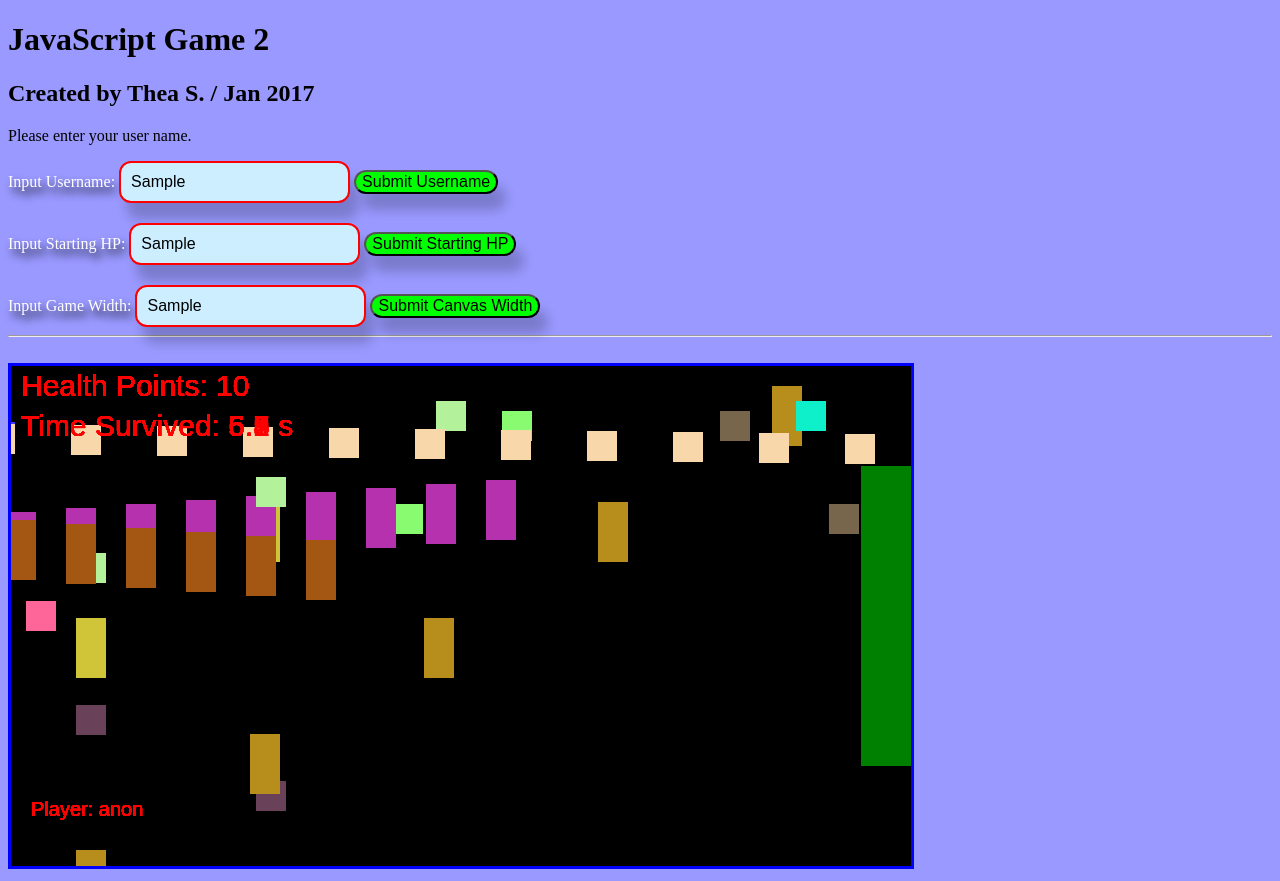
Repository: m-rabbit/b1_sukianto_code
Page: websites/JS_Game_02/index.html
The author's editor kept a copy of each file at every save. The page is drawn from the files as they stood at one save, then again after the next save.
The browser window is 1280 px wide. The pictures show the whole page.
Empty fields were first filled with sample values (such as "Sample", 5 or name@example.com).
After loading, the first visible `button[onclick="updateCanvasWidth()"]` was clicked once.

Above is the page before, as saved 2017-03-02 15:57:41.

### websites/JS_Game_02/index.html
<!DOCTYPE html>
<html>
	<head>
		<title>JavaScript Game 2</title>
		<style>
			body {
				background-color: #9999ff;
			}
			canvas {
				border: 3px solid blue;
				background-color: #000000;
			}
			.button01 {
				background-color: #00FF00;
				color: black;
				font-size: 16px;
				border-radius: 12px;
				box-shadow: 8px 16px 12px rgba(0,0,0,0.2);
			}
			.inputBox {
				background-color: #cceeff;
				font-size: 16px;
				padding: 10px;
				border-radius: 12px;
				border: 2px solid #FF0000;
				box-shadow: 8px 16px 12px rgba(0,0,0,0.2);
			}
			.InputLabels {
				display: inline;
				font-size: 16px;
				color: #FFFFFF;
				text-shadow: 4px 6px 8px rgb(0,0,0);
			}
		</style>
	</head>
	<body>
		<h1>JavaScript Game 2</h1>
		<h2>Created by Thea S. / Jan 2017</h2>

		<p>Please enter your user name.</p>

		<p class="InputLabels">Input Username:</p>
		<input id="userName" class="inputBox" type="text">
		<button type="button" class="button01" onclick="addUserName()">Submit Username</button>
		<h2 id="showUserName"></h2>

		<p class="InputLabels">Input Starting HP:</p>
		<input id="startingHP" class="inputBox" type="text">
		<button type="button" class="button01" onclick="getStartingHP()">Submit Starting HP</button>
		<h2 id="showUserName"></h2>

		<p class="InputLabels">Input Game Width:</p>
		<input id="inputCanvasWidth" class="inputBox" type="text">
		<button type="button" class="button01" onclick="updateCanvasWidth()">Submit Canvas Width</button>

		<br>
		<hr>
		<br>

		<canvas id="ctx" width="900" height="500"></canvas>
		<script src="js/gametwo.js">
		</script>
	</body>
</html>

### websites/JS_Game_02/js/gametwo.js
var ctx = document.getElementById("ctx").getContext("2d");

var ctxWidth = 900;
var ctxHeight = 500;
var rtSpacing = 30;
var bottomSpacing = 10;
var topSpacing = 30;
var nameOfUser = "anon";

var appleRed = "#FF0000";
var skyBlue = "#0000FF";
var grassGreen = "#00FF00";
var canaryYellow = "#FFFF00";
var myBlack = "#000000";
var myPink = "rgba(255, 102, 153, 0.5)";

var enemyList = {};

var timeWhenGameStarted = Date.now();

// player as an object
var player = {
	x : 30,
	spdX : 3,
	y : 250,
	spdY : 7,
	name : "P",
	font : '30px Arial',
	wallFont : '60px Arial',
	topBottomFont : '10px Arial',
	color : myPink,
	colorWall : appleRed,
	colorTopBottom : skyBlue,
	highPoints : 10,
	w: 30,
	h: 30
};
// end of player

// this is a "Constructor"
Enemy = function(id, passX, passY, passName, passFont, passWallFont, passTopBottomFont, passColor, passWidth, passHeight) {

	var enemy = {
		id : id,
		x : passX,
		spdX : getRandomIntInclusive(1, 200),
		y : passY,
		spdY : getRandomIntInclusive(1, 200),
		name : passName,
		font : passFont,
		wallFont : passWallFont,
		topBottomFont : passTopBottomFont,
		color : passColor,
		w: passWidth,
		h: passHeight
	};

	enemyList[id] = enemy;

};

function getRandomIntInclusive(min, max) {
	min = Math.ceil(min);
	max = Math.floor(max);
	return Math.floor(Math.random() * (max - min + 1)) + min;
}

// end of Enemy() constructor

function addUserName() {
	//var message;

	nameOfUser = document.getElementById("userName").value;
	//message = "User name has been entered as " + nameOfUser;
	//document.getElementById("showUserName").innerHTML = message;

	ctx.font = "20px Arial";
	ctx.fillStyle = "#FF0000";
	ctx.fillText("Player: " + nameOfUser, 20, 250);
}

function getStartingHP() {
	player.highPoints = document.getElementById("startingHP").value;
	//message = "User name has been entered as " + nameOfUser;
	//document.getElementById("showUserName").innerHTML = message;
}

function updateCanvasWidth() {
	var message;

	ctxWidth = document.getElementById("inputCanvasWidth").value;

	if(isNaN(ctxWidth) || ctxWidth < 500 || ctxWidth > 900) {
		message = "Input not valid, you entered " + ctxWidth;
		alert(message);
	}
	else {
		message = "Valid input! Setting canvas width to " + ctxWidth;
		alert(message);

		document.getElementById("ctx").width = ctxWidth;
	}
}

getDistanceBetweenEntity = function(entity1, entity2) {
	var dx = entity1.x - entity2.x;
	var dy = entity1.y - entity2.y;
	return Math.sqrt(dx * dx + dy * dy);

};

testCollisionRectRect = function(rect1, rect2) {
	return rect1.x <= rect2.x + rect2.width
	&& rect2.x <= rect1.x + rect1.width
	&& rect1.y <= rect2.y + rect2.height
	&& rect2.y <= rect1.y + rect1.height;
};

testCollisionEntity = function(entity1, entity2) {
	var rect1 = {
		x: entity1.x,
		y: entity1.y,
		width: entity1.w,
		height: entity1.h
	};

	var rect2 = {
		x: entity2.x,
		y: entity2.y,
		width: entity2.w,
		height: entity2.h
	};
	return testCollisionRectRect(rect1, rect2);
};

document.onmousemove = function(mouse) {
	var mouseX = mouse.clientX;
	var mouseY = mouse.clientY;
	console.log("mouse x,y: " + mouseX + "," + mouseY);
	player.x = mouseX - 12;
	player.y = mouseY - 400;
};
updateEntity = function(something) {
	updateEntityPosition(something);
	drawEnemy(something);
};

updateEntityPosition = function(something) {
	var red = getRandomIntInclusive(0, 255);
	var green = getRandomIntInclusive(0, 255);
	var blue = getRandomIntInclusive(0, 255);

	something.x += something.spdX;
	something.y += something.spdY;

	//flips spdX if we hit either the left or the right sides
	if (something.x >= ctxWidth - something.w  || something.x <= 0 - something.w) {// right side OR left side
		something.spdX *= -1;
		something.color = "rgb(" + red + "," + green + "," + blue + ")";
		something.font = something.wallFont;
	}

	// flip spdY if we hit either the ceiling OR the floor
	if (something.y >= ctxHeight - bottomSpacing || something.y <= topSpacing) {// || is a Boolean for "OR"
		something.spdY *= -1;
		something.color = "rgb(" + red + "," + green + "," + blue + ")";
		something.font = something.topBottomFont;
	}
};

drawPlayer = function(something) {
	ctx.save();
	ctx.font = something.font;
	ctx.fillStyle = something.color;
	//ctx.fillText(something.name, something.x, something.y);
	ctx.fillRect(something.x-something.w/2,something.y-something.h/2,something.w,something.h);
	ctx.restore();
};

drawEnemy = function(something) {
	ctx.save();
	ctx.font = something.font;
	ctx.fillStyle = something.color;
	//ctx.fillText(something.name, something.x, something.y);
	//ctx.fillRect(something.x,something.y,something.w,something.h);
	ctx.fillRect(something.x-something.w/2,something.y-something.h/2,something.w,something.h);
	ctx.restore();
};

drawUserName = function(something) {
	ctx.font = "20px Arial";
	ctx.fillStyle = "#FF0000";
	ctx.fillText("Player: " + nameOfUser, 20, ctxHeight-50);

};

update = function() {
	ctx.clearRect(0, 0, ctxWidth, ctxHeight);
	//updateEntity(player);

	drawPlayer(player);
	drawUserName();

	var timeSurvived = Date.now() - timeWhenGameStarted;
	if (timeSurvived >= 3000) {
		ctx.fillStyle = "rgba(0, 255, 0, 0.5)";
		ctx.fillRect(ctxWidth-50, 100, 50, 300);
		if(player.x >= ctxWidth-30 && player.y >= 100) {
			alert("You Win!");
			player.highPoints = 10;
			timeWhenGameStarted = Date.now();
		}
		for (var i in enemyList) {
			updateEntity(enemyList[i]);

			var isColliding = testCollisionEntity(player, enemyList[i]);
			if (isColliding) {
				player.highPoints--;
				//console.log("Collision!");
				if (player.highPoints < 0) {
					alert("Game Over! time = " + timeSurvived / 1000 + " s");
					player.highPoints = 10;
					timeWhenGameStarted = Date.now();
				}
			}
		};
	}

	ctx.font = "30px Arial";
	ctx.fillStyle = "#FF0000";
	ctx.fillText("Health Points: " + player.highPoints, 10, 30);
	var currentTime = Date.now() - timeWhenGameStarted;
	ctx.font = "30px Arial";
	ctx.fillStyle = "#FF0000";
	ctx.fillText("Time Survived: " + currentTime / 1000 + " s", 10, 70);

};
// end of update()

Enemy('E1', 70, 60, 'E01', '30px Arial', '60px Arial', '10px Arial', grassGreen,30,30);

Enemy('E2', 80, 50, 'E02', '60px Arial', '30px Arial', '15px Arial', grassGreen,30,60);

Enemy('E3', 75, 50, 'E03', '20px Arial', '80px Arial', '20px Arial', grassGreen,30,30);

Enemy('E4', 70, 60, 'E04', '30px Arial', '60px Arial', '10px Arial', grassGreen,30,60);

Enemy('E5', 80, 50, 'E05', '60px Arial', '30px Arial', '15px Arial', grassGreen,30,30);

setInterval(update, 100);

After the next save:
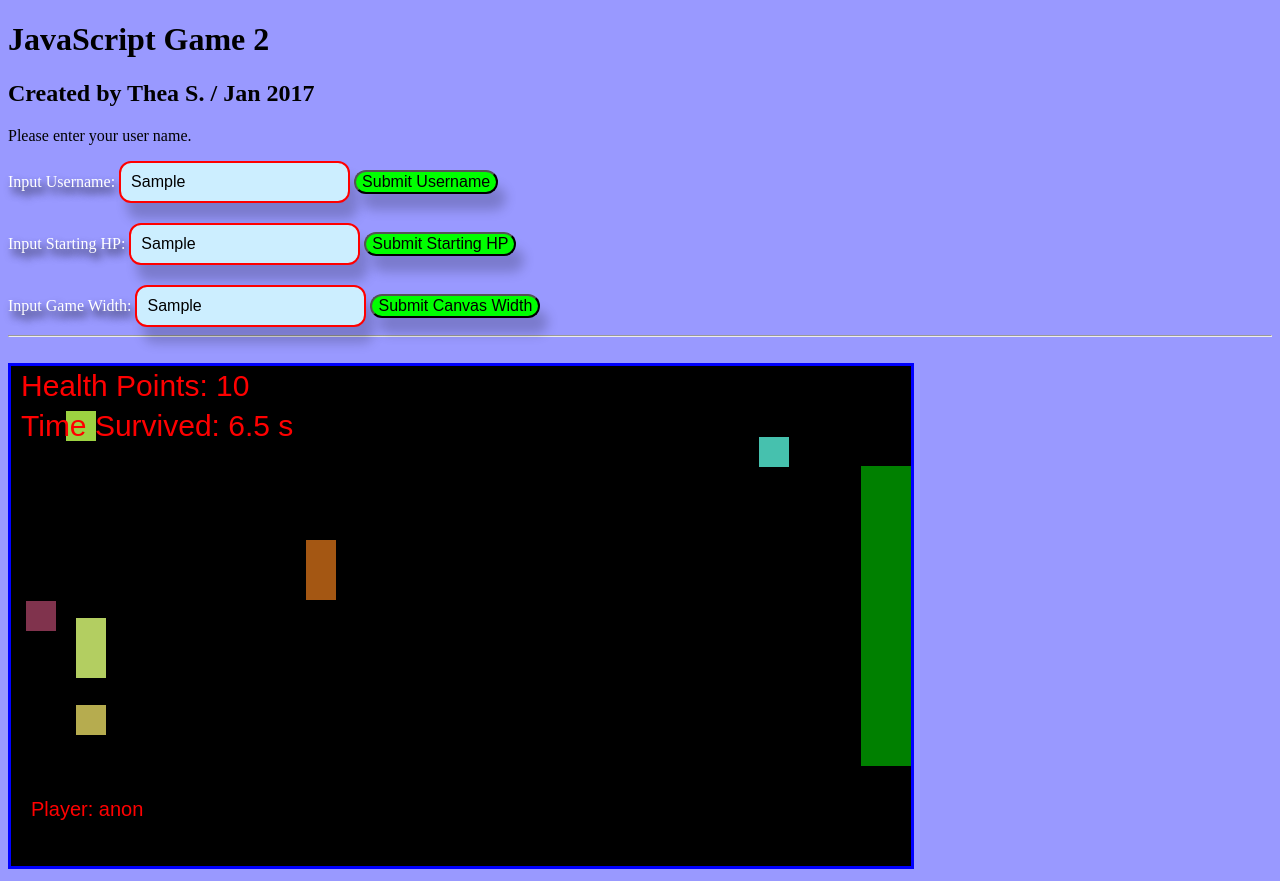
Saved 3 min 42 s later.
--- a/websites/JS_Game_02/js/gametwo.js
+++ b/websites/JS_Game_02/js/gametwo.js
@@ -88,17 +88,17 @@ function getStartingHP() {
 function updateCanvasWidth() {
 	var message;
 
-	ctxWidth = document.getElementById("inputCanvasWidth").value;
-
-	if(isNaN(ctxWidth) || ctxWidth < 500 || ctxWidth > 900) {
-		message = "Input not valid, you entered " + ctxWidth;
+	var gameWidth = document.getElementById("inputCanvasWidth").value;
+
+	if(isNaN(gameWidth) || gameWidth < 500 || gameWidth > 900) {
+		message = "Input not valid, you entered " + gameWidth;
 		alert(message);
 	}
 	else {
-		message = "Valid input! Setting canvas width to " + ctxWidth;
+		message = "Valid input! Setting canvas width to " + gameWidth;
 		alert(message);
 
-		document.getElementById("ctx").width = ctxWidth;
+		document.getElementById("ctx").width = gameWidth;
 	}
 }
 
